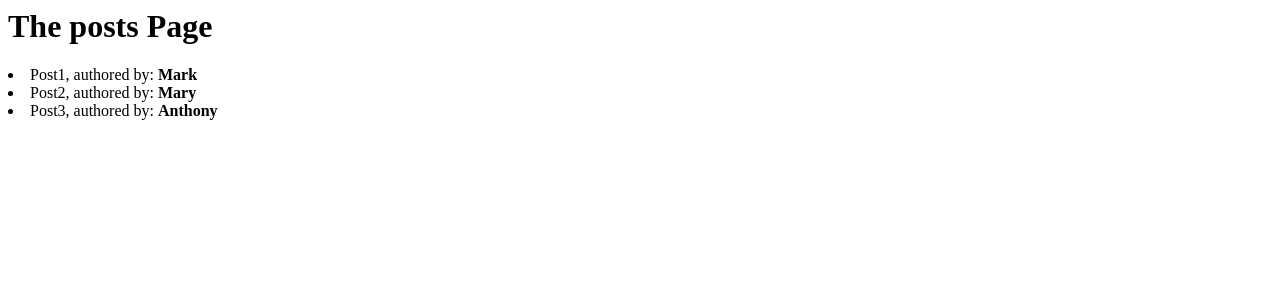
Repository: msuzuki23/AWS-Cloud9-YelpCamp
Page: http://localhost/posts
The author's editor kept a record of every edit. The page is drawn from the files as they stood at one moment, then again after the next edit.
The browser window is 1280 px wide. The pictures show the whole page.
The page is served by the project's Node server (MoreExpress/EJSDemo/app.js).

Above is the page before.

After the next edit:
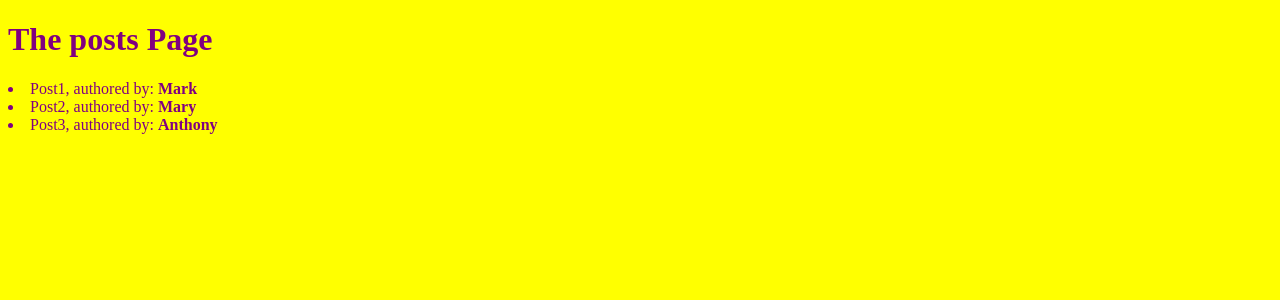
The edit:
--- a/MoreExpress/EJSDemo/views/posts.ejs
+++ b/MoreExpress/EJSDemo/views/posts.ejs
@@ -1,3 +1,4 @@
+<% include partials/header %>
 <h1>The posts Page</h1>
 
 <% for(var i = 0; i < posts.length; i++){ %>
